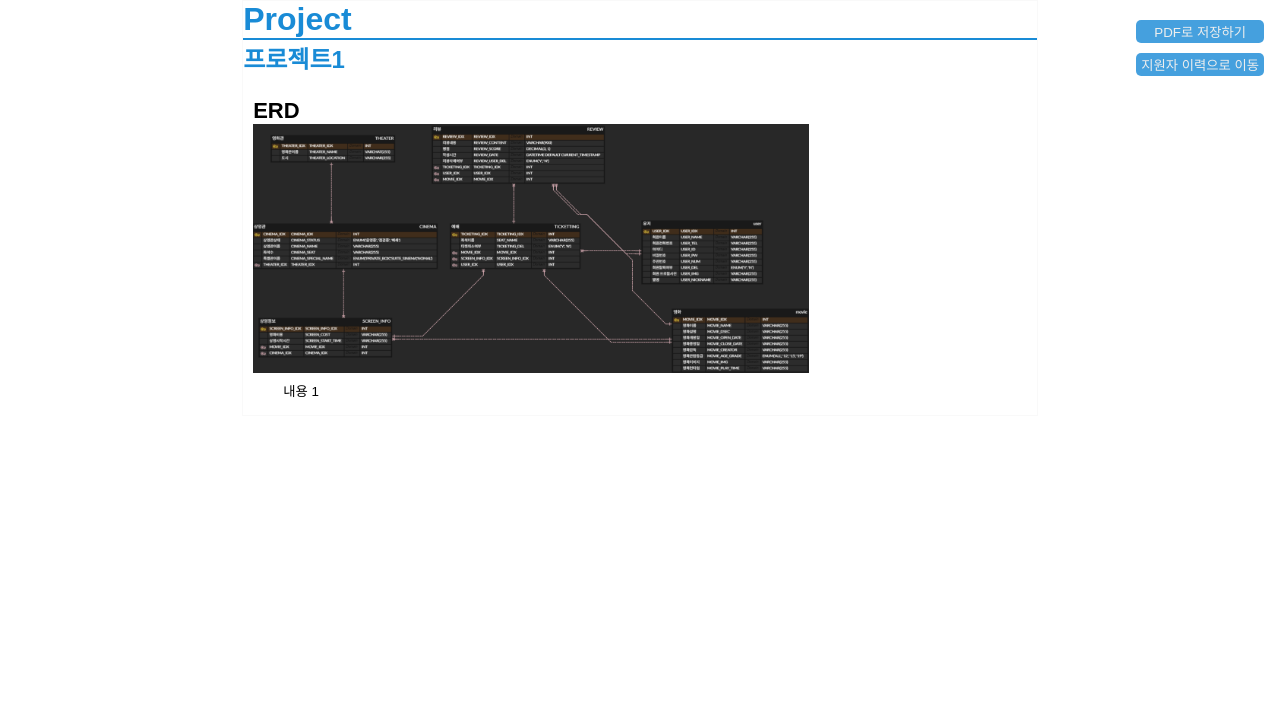
Repository: DooBae-KR/MySelf
Page: /project
An editor plug-in stored every save of this project. The page is shown before and after the next save, followed by the edit.
The browser window is 1280 px wide. The pictures show the whole page.
The project was rebuilt for these pictures with package versions that can differ from the ones it lists, and the page was loaded fresh each time. Also part of the build but not shown: src/data/MyInform.js, src/pages/Myself.js.

Above is the page before, as saved 2025-07-24 17:05:51.

After the next save:
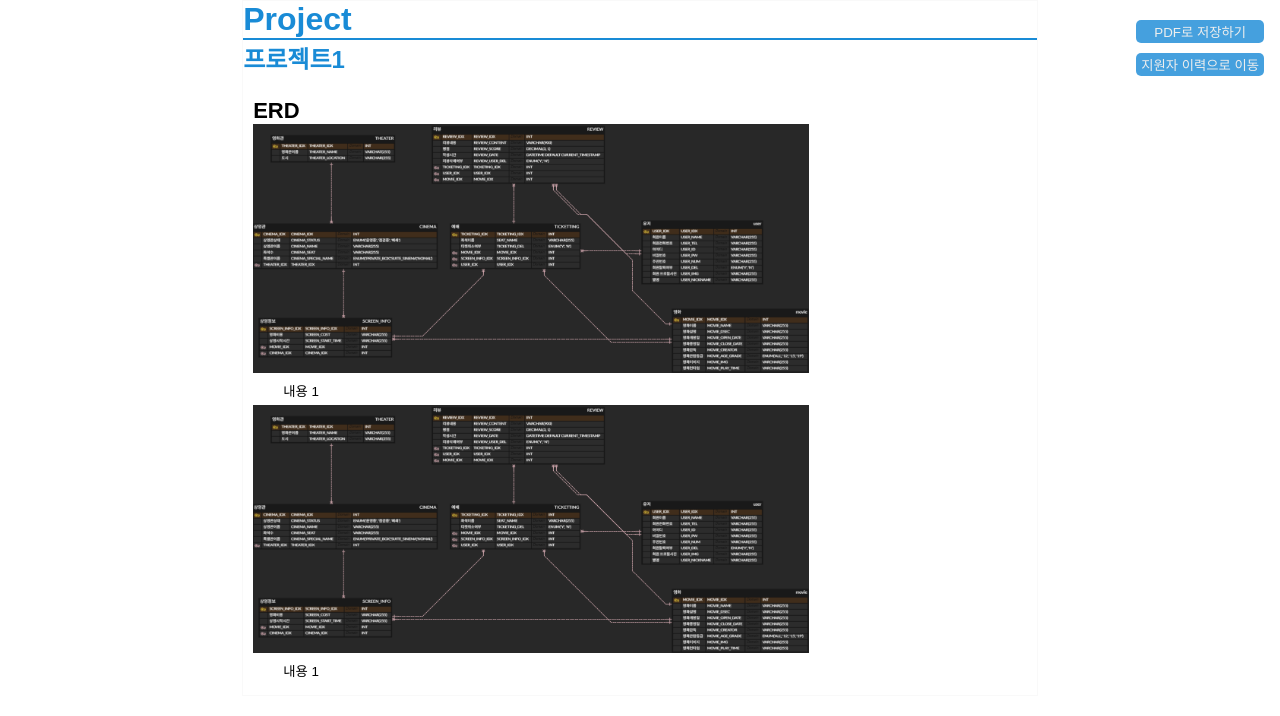
Saved 7 s later.
--- a/src/pages/Project.js
+++ b/src/pages/Project.js
@@ -17,6 +17,11 @@
                                 <img src={pr1ERD} className="prImg"/>
                                 <pre>내용 1</pre>
                             </dt>
+                            <dt>
+                                <img src={pr1ERD} className="prImg"/>
+                                <pre>내용 1</pre>
+                            </dt>
+
                     </div>
                 </div>
             </div>
